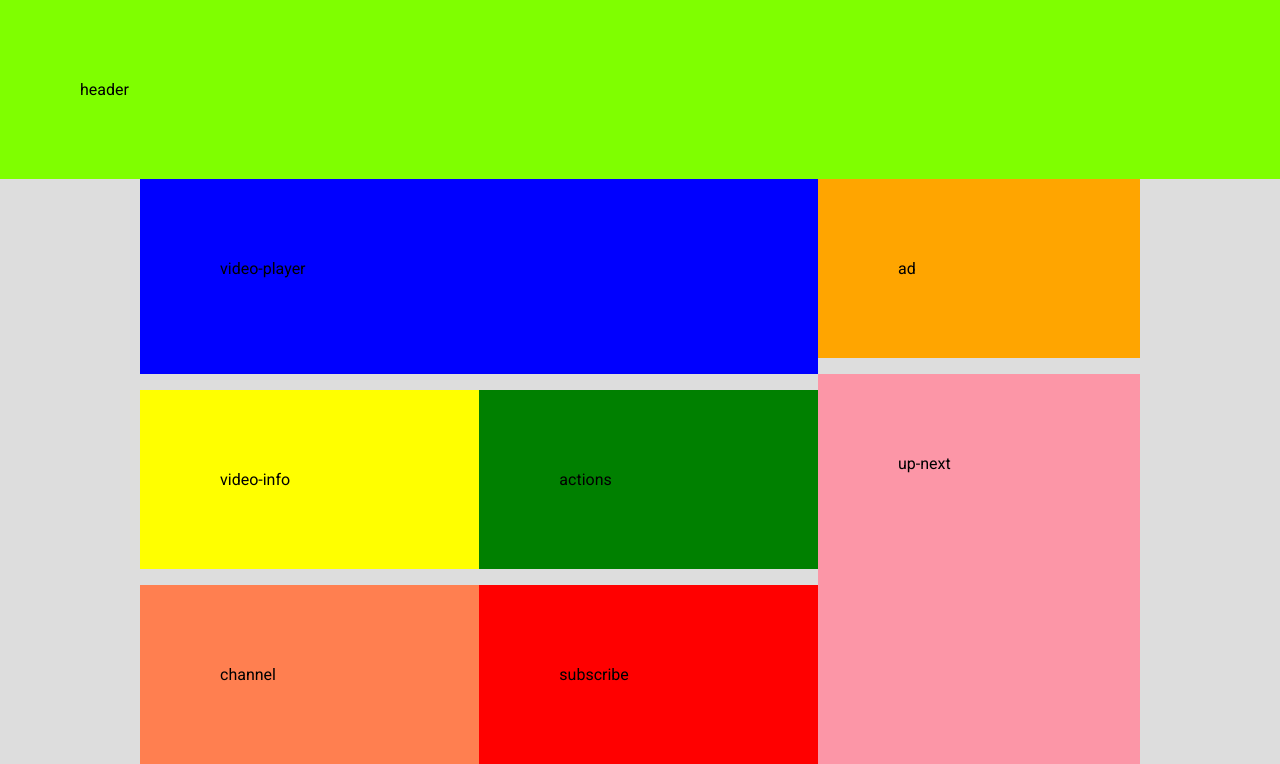
Repository: rafavirginio/clone-do-youtube
Page: index.html
The author's editor kept a copy of each file at every save. The page is drawn from the files as they stood at one save, then again after the next save.
The browser window is 1280 px wide. The pictures show the whole page.

Above is the page before, as saved 2020-10-04 20:52:21.

### index.html
<!DOCTYPE html>
<html lang="pt">

<head>
    <meta charset="UTF-8">
    <meta name="viewport" content="width=device-width, initial-scale=1.0">
    <title>Youtube</title>
    <link rel="stylesheet" href="style.css">
    <link rel="shortcut icon" href="favicon.ico" type="image/x-icon">
    <link href="https://fonts.googleapis.com/css?family=Roboto:400,700&display=swap" rel="stylesheet">
</head>

<body>
    <header>header</header>
    <main>
        <section class="video-player">video-player</section>
        <section class="video-info">video-info</section>
        <section class="actions">actions</section>
        <section class="channel">channel</section>
        <section class="subscribe">subscribe</section>
        <section class="ad">ad</section>
        <section class="up-next">up-next</section>
    </main>


</body>

</html>

### style.css
/* Reset CSS */

* {
    margin: 0;
    padding: 0;
    box-sizing: border-box;
}

body {
    background-color: #ddd;
    font-family: 'roboto', sans-serif;
}

header {
    background-color: chartreuse;
}

header,
section {
    padding: 5rem;
}

main {
    margin: auto;
    display: grid;
    grid-row-gap: 1rem;
    grid-template-areas: "video-player video-player" "video-info video-info" "actions actions" "channel subscribe" "up-next up-next";
}

.video-player {
    background-color: blue;
    grid-area: video-player;
}

.video-info {
    background-color: yellow;
    grid-area: video-info;
}

.actions {
    background-color: green;
    grid-area: actions;
}

.channel {
    background-color: coral;
    grid-area: channel;
}

.subscribe {
    background-color: red;
    grid-area: subscribe;
}

.ad {
    background-color: orange;
    grid-area: ad;
}

.up-next {
    background-color: rgb(252, 150, 167);
    grid-area: up-next;
}

@media screen and(max-width: 700px) {
    .ad {
        display: none;
    }
}

@media screen and (min-width: 700px) {
    main {
        max-width: 1000px;
        grid-template-areas: "video-player video-player ad" "video-player video-player up-next" "video-info   actions   up-next" "channel      subscribe    up-next";
    }
}

After the next save:
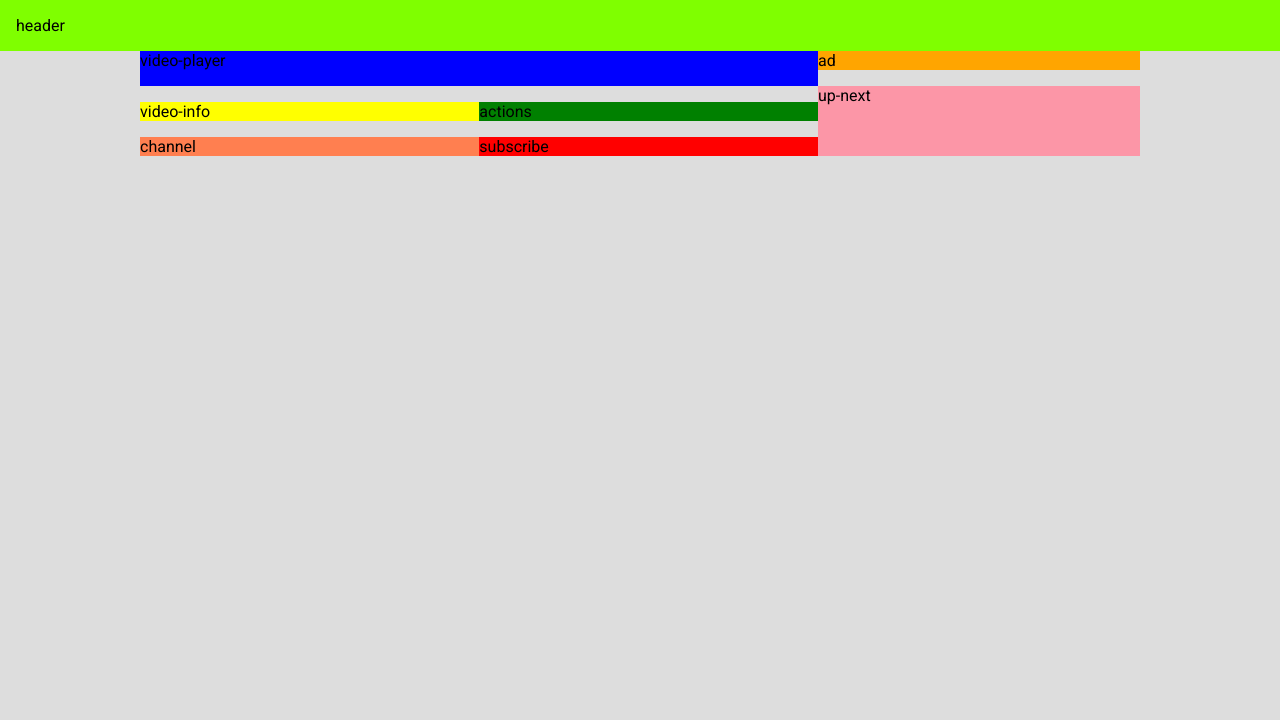
Saved 57 s later.
--- a/style.css
+++ b/style.css
@@ -13,11 +13,7 @@
 
 header {
     background-color: chartreuse;
-}
-
-header,
-section {
-    padding: 5rem;
+    padding: 1rem;
 }
 
 main {
